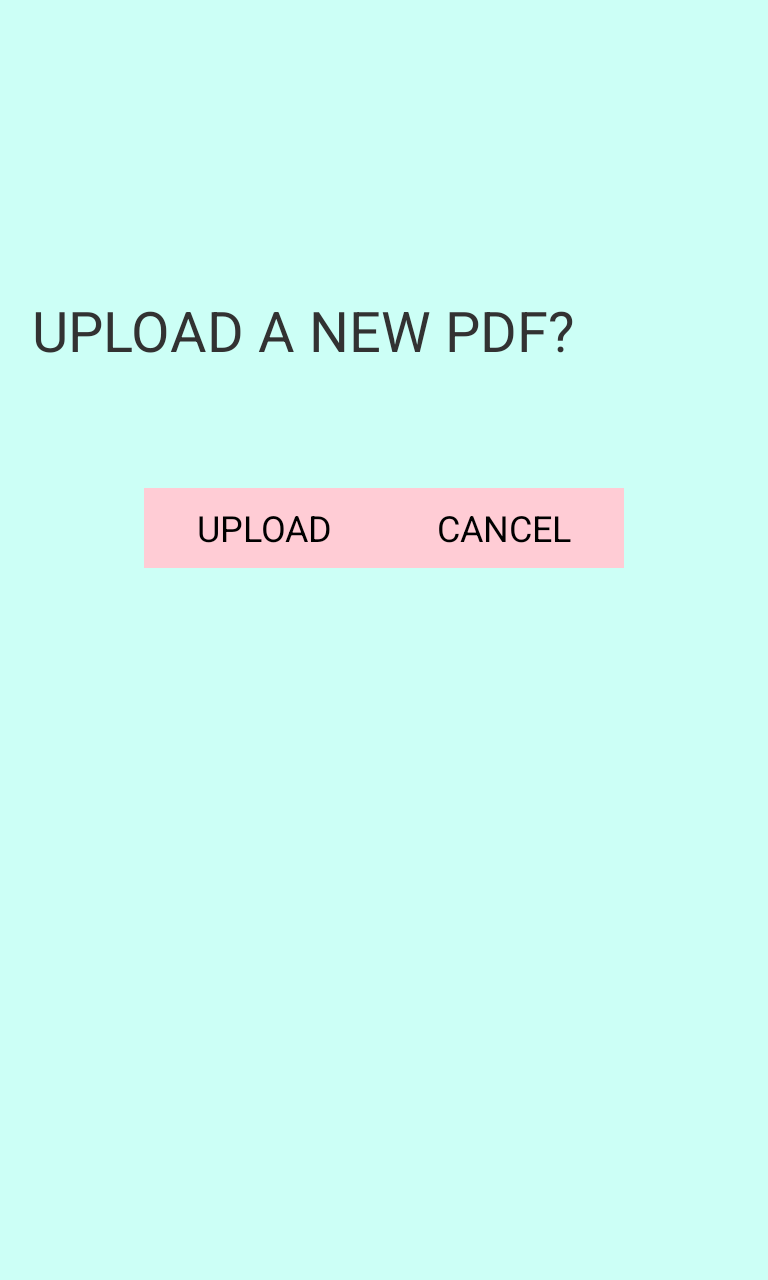
Repository: nick11roberts/Moka-Scanr
Layout: Document Uploader/res/layout/activity_preview.xml
These files come from the project's save history. The layout is drawn as it stood at one moment and after the next save; the edit follows.
It is drawn on a 768 x 1280 px phone screen (xhdpi) without system bars, with theme android:Theme.Holo.Light.NoActionBar; the app's code is not run. The app's manifest (not shown) leaves right-to-left support off. So textAlignment, textDirection and layoutDirection are ignored, and left and right values win over start and end ones.

Above is the layout before, as saved 2014-05-31 00:26:12.

### Document Uploader/res/layout/activity_preview.xml
<LinearLayout xmlns:android="http://schemas.android.com/apk/res/android"
    xmlns:tools="http://schemas.android.com/tools"
    android:layout_width="match_parent"
    android:layout_height="match_parent"
    android:background="@color/bg_color"
    android:baselineAligned="true"
    android:gravity="center_horizontal"
    android:orientation="vertical"
    android:paddingBottom="@dimen/activity_vertical_margin"
    android:paddingLeft="@dimen/activity_horizontal_margin"
    android:paddingRight="@dimen/activity_horizontal_margin"
    android:paddingTop="@dimen/activity_vertical_margin"
    tools:context=".MainActivity" >

    <TextView
        android:layout_width="match_parent"
        android:layout_height="wrap_content"
        android:paddingBottom="60dp"
        android:paddingTop="130dp"
        android:text="@string/main_heading"
        android:textAlignment="center"
        android:textAllCaps="true"
        android:textSize="28sp" />

    <LinearLayout
        android:layout_width="match_parent"
        android:layout_height="wrap_content"
        android:gravity="center"
        android:orientation="horizontal"
        android:weightSum="10" >

        <Button
            android:id="@+id/uploadButton"
            android:layout_width="120dp"
            android:layout_height="40dp"
            android:background="@color/button_color"
            android:gravity="center_vertical|center_horizontal"
            android:paddingLeft="5dp"
            android:paddingRight="5dp"
            android:text="@string/preview_button_upload"
            android:textAlignment="center"
            android:weight="4" />

        <Button
            android:id="@+id/cancelButton"
            android:borderless="true"
            android:layout_width="120dp"
            android:layout_height="40dp"
            android:background="@color/button_color"
            android:paddingLeft="5dp"
            android:paddingRight="5dp"
            android:text="@string/preview_button_cancel"
            android:textAlignment="center"
            android:weight="4" />

    </LinearLayout>

</LinearLayout>

### Document Uploader/res/values/colors.xml
<?xml version="1.0" encoding="utf-8"?>
<resources>
   <color name="button_color">#FFCCD5</color>
   <color name="bg_color">#CCFFF6</color>
   <color name="border_color">#000000</color>
</resources>

### Document Uploader/res/values/strings.xml
<?xml version="1.0" encoding="utf-8"?>
<resources>

    <string name="app_name">PDF-Drive</string>
    <string name="action_settings">Settings</string>

    <!-- MAIN ACTIVITY -->
    <string name="main_heading">Upload a new PDF?</string>
    <string name="main_button_upload">BEGIN</string>

    <!-- OPTIONS ACTIVITY -->
    <string name="options_heading">Upload options</string>
    <string name="options_pages">Number of pages?</string>
    <string name="options_title">Title?</string>
    <string name="options_folder">Folder? (optional)</string>
    <string name="options_button_go">CONTINUE</string>

    <!-- PREVIEW ACTIVITY -->
    <string name="preview_heading">Upload a new PDF?</string>
    <string name="preview_button_upload">UPLOAD</string>
    <string name="preview_button_cancel">CANCEL</string>

</resources>

Loaded but not shown: Document Uploader/res/values/dimens.xml (common file); Document Uploader/res/values-w820dp/dimens.xml (common file)

After the next save:
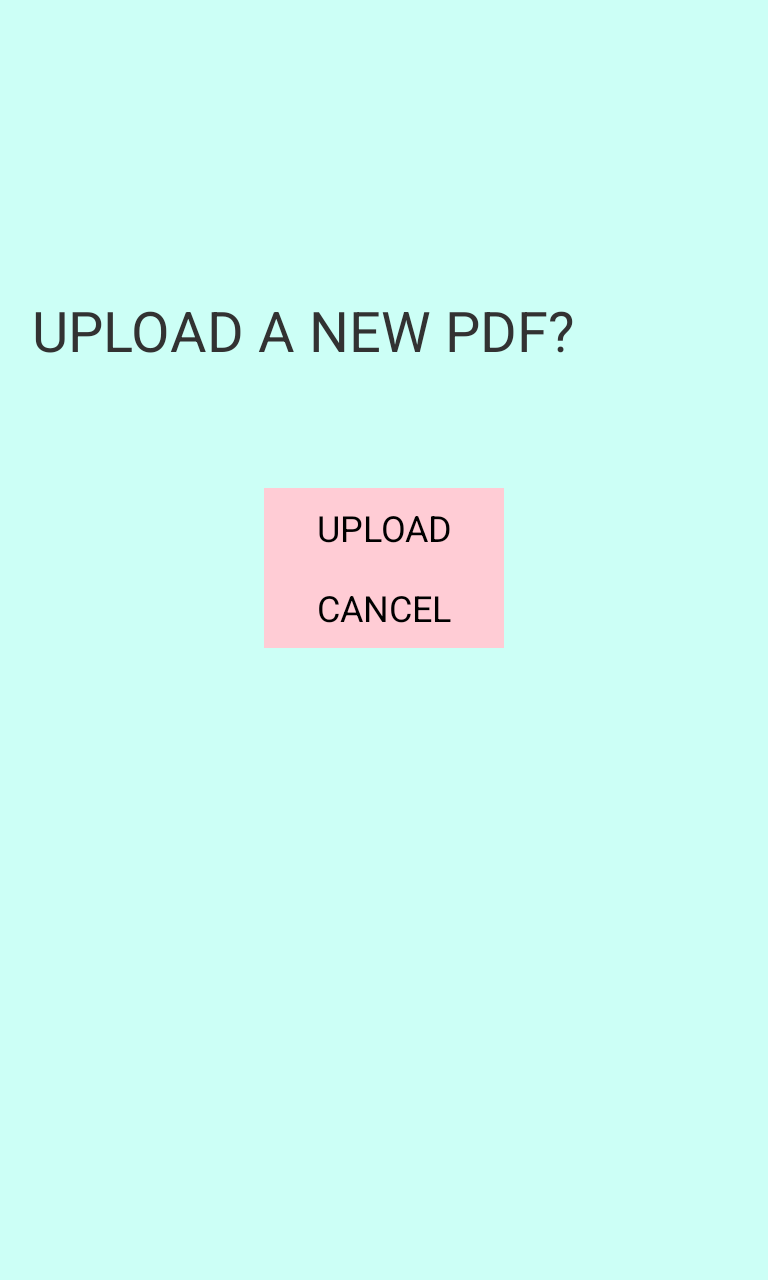
Saved 2 min 59 s later.
--- a/Document Uploader/res/layout/activity_preview.xml
+++ b/Document Uploader/res/layout/activity_preview.xml
@@ -22,37 +22,28 @@
         android:textAllCaps="true"
         android:textSize="28sp" />
 
-    <LinearLayout
-        android:layout_width="match_parent"
-        android:layout_height="wrap_content"
-        android:gravity="center"
-        android:orientation="horizontal"
-        android:weightSum="10" >
+    <Button
+        android:id="@+id/uploadButton"
+        android:layout_width="120dp"
+        android:layout_height="40dp"
+        android:background="@color/button_color"
+        android:gravity="center_vertical|center_horizontal"
+        android:paddingLeft="5dp"
+        android:paddingRight="5dp"
+        android:text="@string/preview_button_upload"
+        android:textAlignment="center"
+        android:weight="4" />
 
-        <Button
-            android:id="@+id/uploadButton"
-            android:layout_width="120dp"
-            android:layout_height="40dp"
-            android:background="@color/button_color"
-            android:gravity="center_vertical|center_horizontal"
-            android:paddingLeft="5dp"
-            android:paddingRight="5dp"
-            android:text="@string/preview_button_upload"
-            android:textAlignment="center"
-            android:weight="4" />
-
-        <Button
-            android:id="@+id/cancelButton"
-            android:borderless="true"
-            android:layout_width="120dp"
-            android:layout_height="40dp"
-            android:background="@color/button_color"
-            android:paddingLeft="5dp"
-            android:paddingRight="5dp"
-            android:text="@string/preview_button_cancel"
-            android:textAlignment="center"
-            android:weight="4" />
-
-    </LinearLayout>
+    <Button
+        android:id="@+id/cancelButton"
+        android:layout_width="120dp"
+        android:layout_height="40dp"
+        android:background="@color/button_color"
+        android:borderless="true"
+        android:paddingLeft="5dp"
+        android:paddingRight="5dp"
+        android:text="@string/preview_button_cancel"
+        android:textAlignment="center"
+        android:weight="4" />
 
 </LinearLayout>
